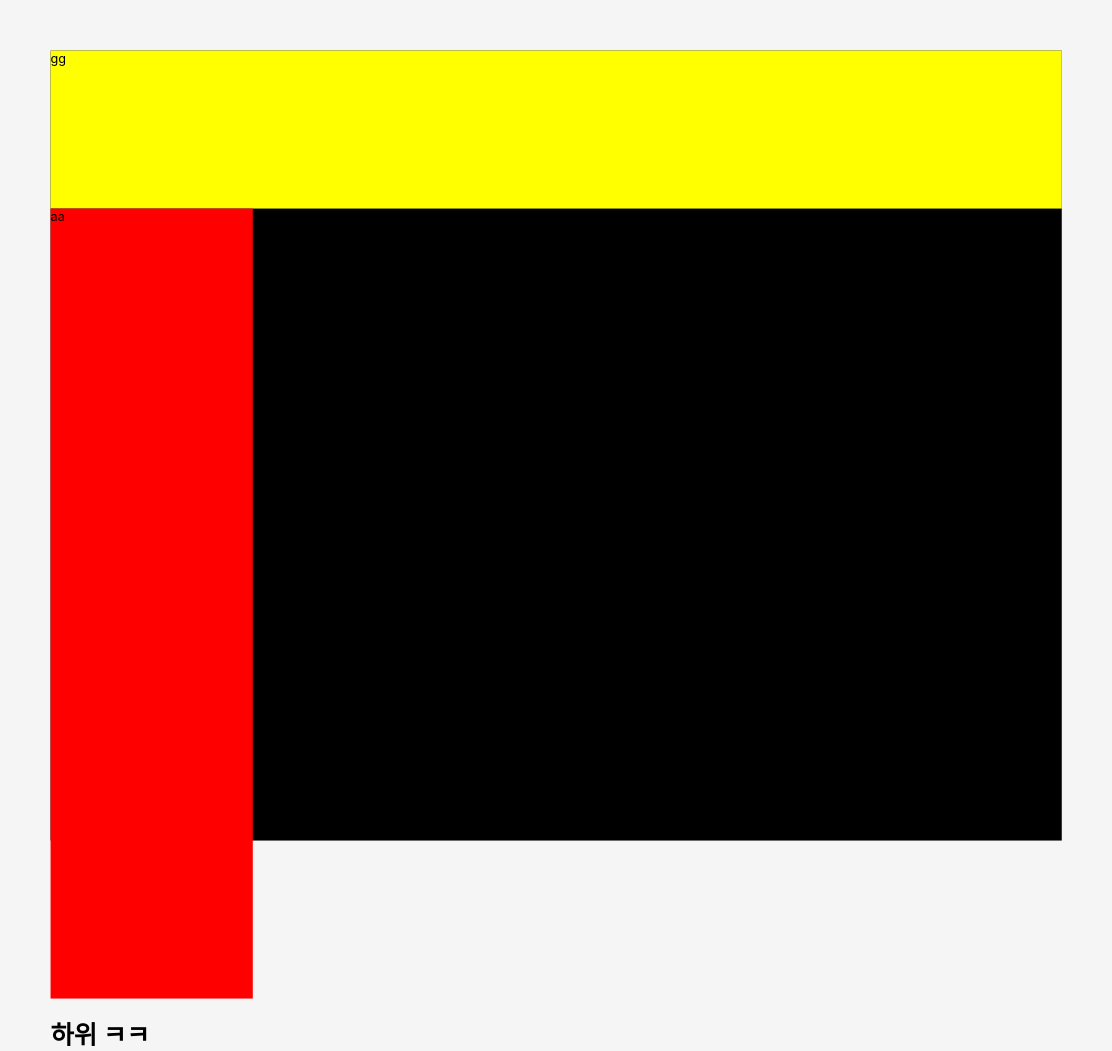
Repository: yangddoddi/community_react
Page: /
The author's editor kept a copy of each file at every save. The page is drawn from the files as they stood at one save, then again after a run of saves.
The browser window is 1280 px wide. The page is 1408 px wide, so the pictures cover 1408 px, including what lies to the right of the window. The pictures show the whole page, at 79% of full size.
The page's requests for data from a server got no answer. The project was rebuilt for these pictures with package versions that can differ from the ones it lists, and the page was loaded fresh each time. No one was signed in, and anything a server would have sent is missing.

Above is the page before, as saved 2022-08-16 23:32:53.

After the next 2 saves:
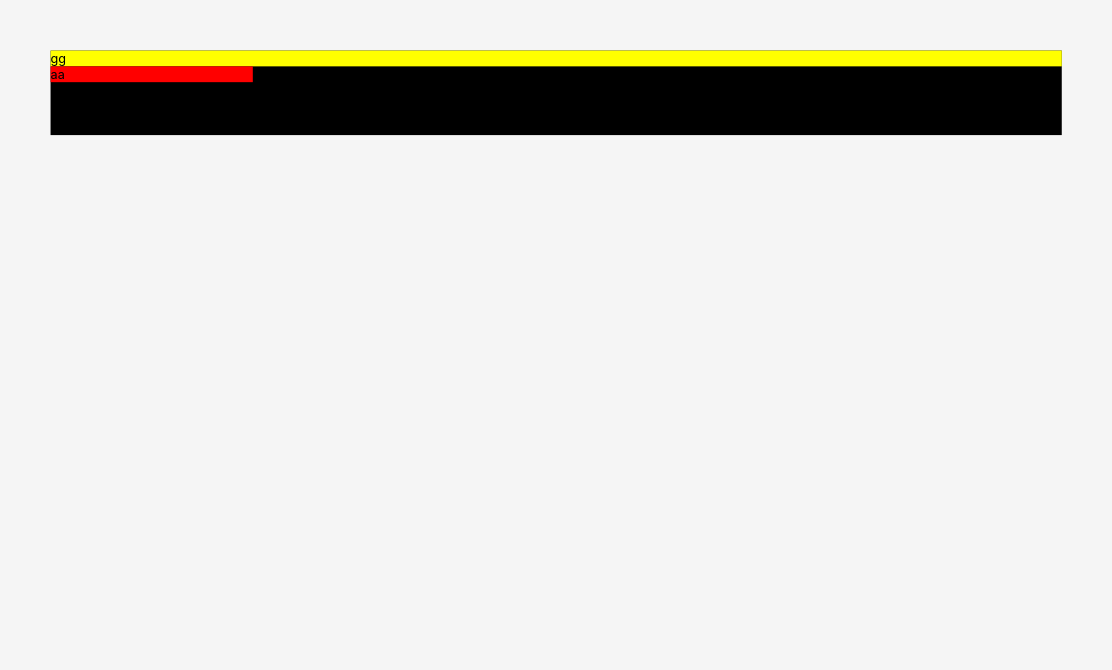
The 2 saves are shown as one change because they came seconds apart.
The last was saved 7 s later.
--- a/src/App.scss
+++ b/src/App.scss
@@ -15,5 +15,5 @@ body {
 .container {
     background-color: black;
     width: 100%;
-    height: 1000px;
+    height: 100%;
 }
